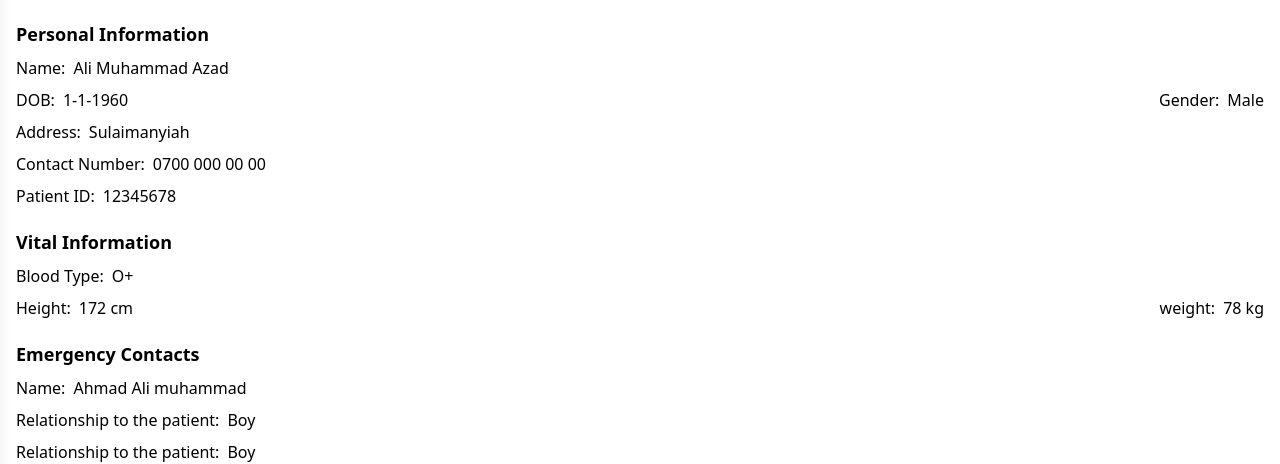
Repository: Sanaa00/HI-user
Page: /
The author's editor kept a copy of each file at every save. The page is drawn from the files as they stood at one save, then again after the next save.
The browser window is 1280 px wide. The pictures show the part of the page from y = 336 to 832 px (the page is 800 px tall before and 832 px after).
The project was rebuilt for these pictures with package versions that can differ from the ones it lists, and the page was loaded fresh each time. Also part of the build but not shown: vite.config.js, src/App.css, src/Pages/Test.jsx.

Above is the page before, as saved 2024-01-10 21:51:55.

After the next save:
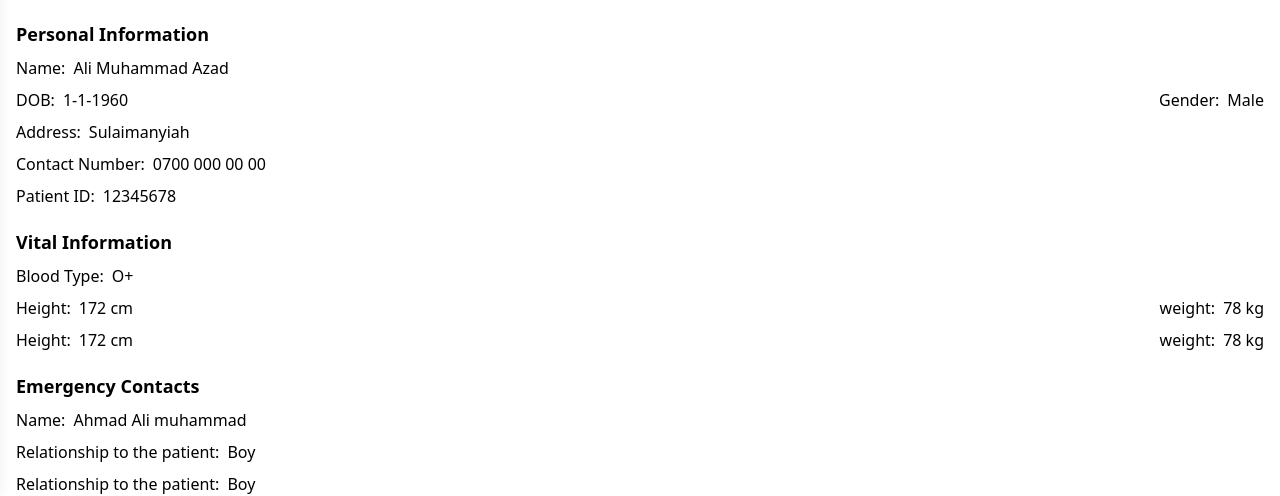
Saved 24 s later.
--- a/src/Pages/Home.jsx
+++ b/src/Pages/Home.jsx
@@ -67,6 +67,18 @@ function Home() {
           <span className="ml-2">78 kg</span>
         </span>{' '}
       </div>{' '}
+      <div className="mt-2 flex justify-between items-center">
+        <span>
+          {' '}
+          <span>Height:</span>
+          <span className="ml-2">172 cm</span>
+        </span>{' '}
+        <span>
+          {' '}
+          <span>weight:</span>
+          <span className="ml-2">78 kg</span>
+        </span>{' '}
+      </div>{' '}
       {/* ***************Emergency Contacts********** */}
       <div className="mt-5 font-bold text-lg">Emergency Contacts</div>
       <div className="mt-2 flex justify-between items-center">
